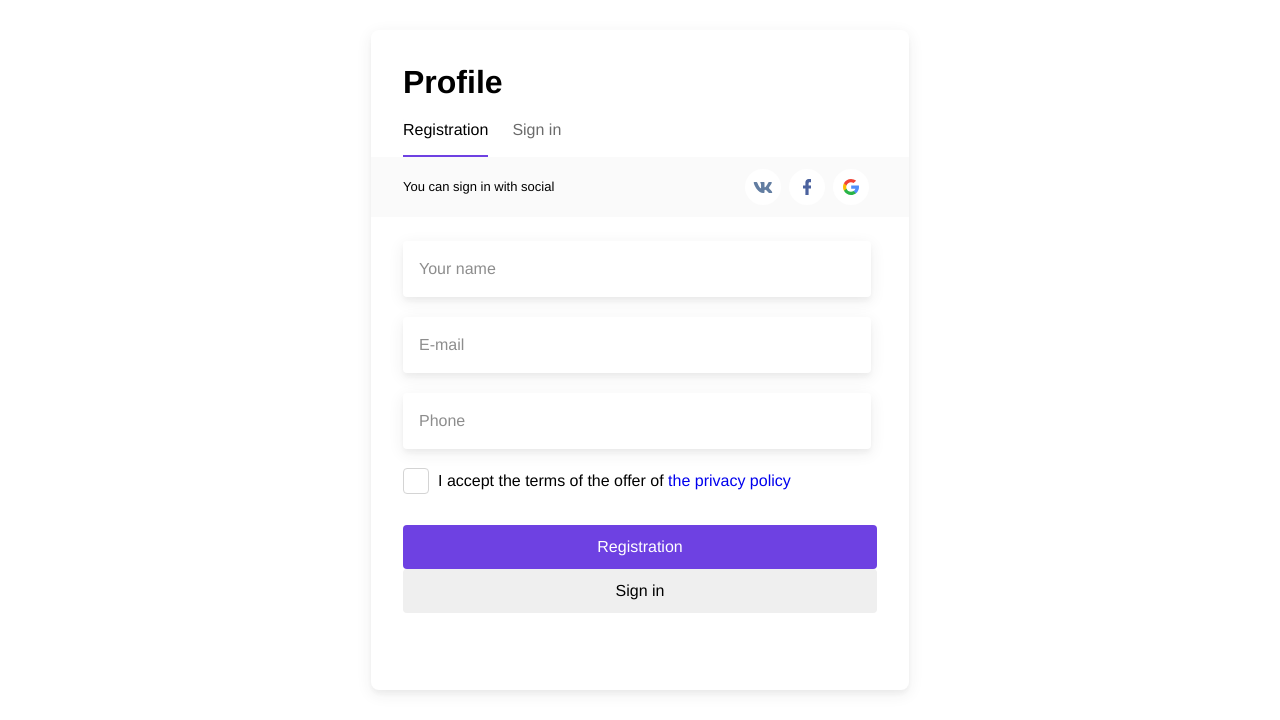
Repository: skydevil1604/vue-test-app
Page: /
The author's editor kept a copy of each file at every save. The page is drawn from the files as they stood at one save, then again after the next save.
The browser window is 1280 px wide. The pictures show the whole page.
The project was rebuilt for these pictures with package versions that can differ from the ones it lists, and the page was loaded fresh each time.

Above is the page before, as saved 2020-04-06 15:54:18.

After the next save:
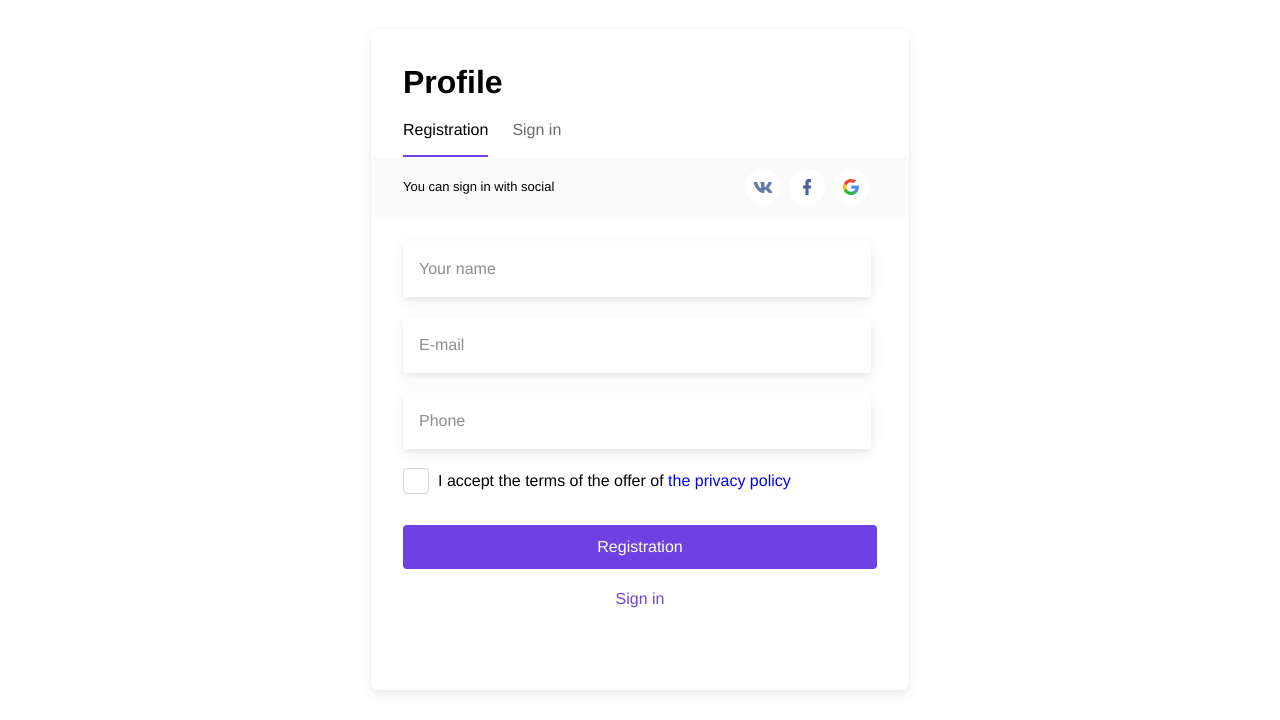
Saved 103 s later.
--- a/src/components/Registration.vue
+++ b/src/components/Registration.vue
@@ -116,6 +116,12 @@ export default {
           &--reg {
             background: #6E41E2;
             color: #ffffff;
+            margin-bottom: 8px;
+          }
+
+          &--sign {
+            background: #ffffff;
+            color: #6E41E2;
           }
       }
 
